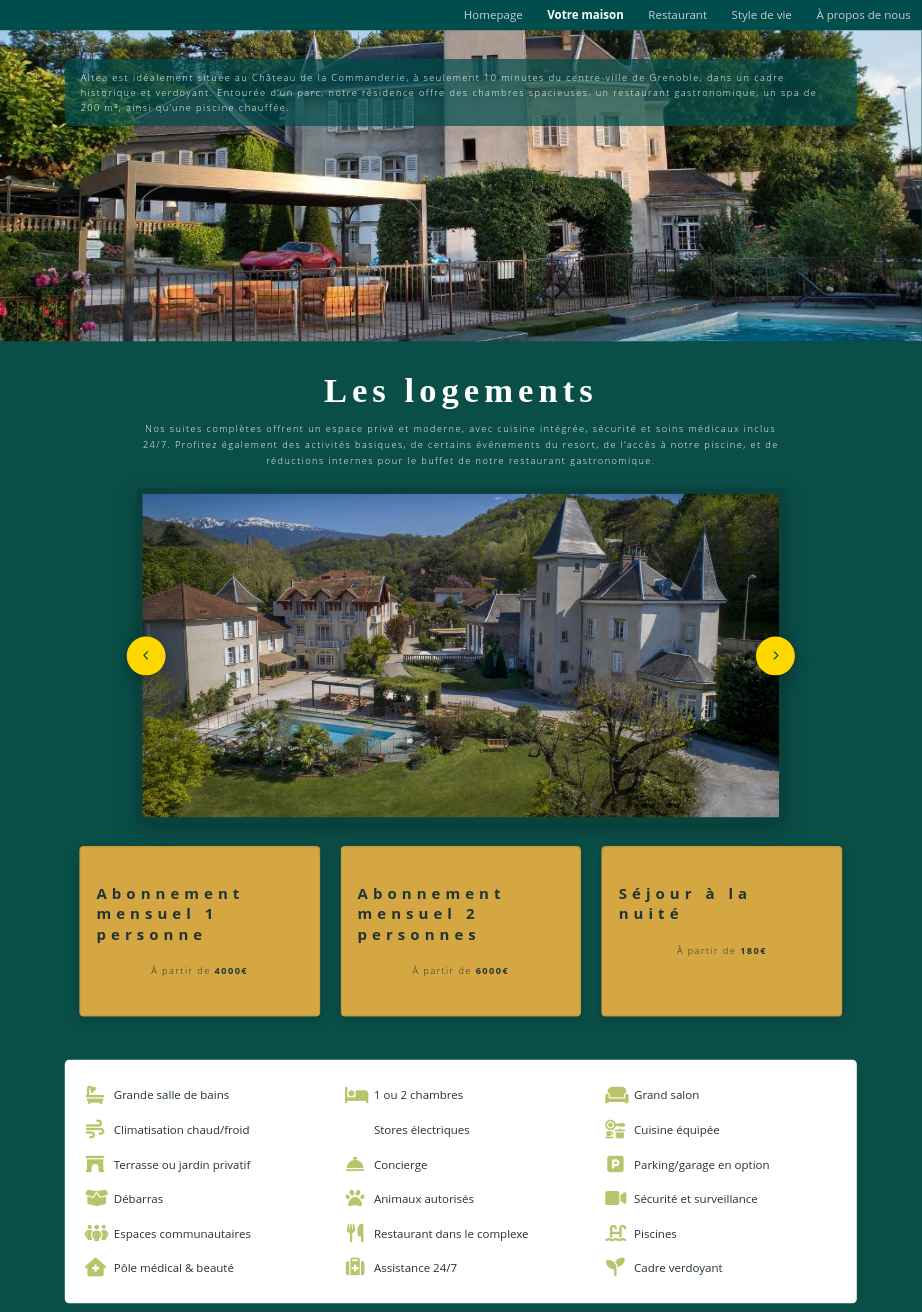
Repository: Rahimzeeeer/alteaaaa
Page: maison.html
An editor plug-in stored every save of this project. The page is shown before and after the next save, followed by the edit.
The browser window is 1280 px wide. The pictures show the part of the page from y = 0 to 1822 px (the page is 3131 px tall before and 3103 px after), at 72% of full size.
A picture or video elsewhere on the page could not be fetched, so the positions and the page height are approximate.

Above is the page before, as saved 2025-08-12 17:16:03.

After the next save:
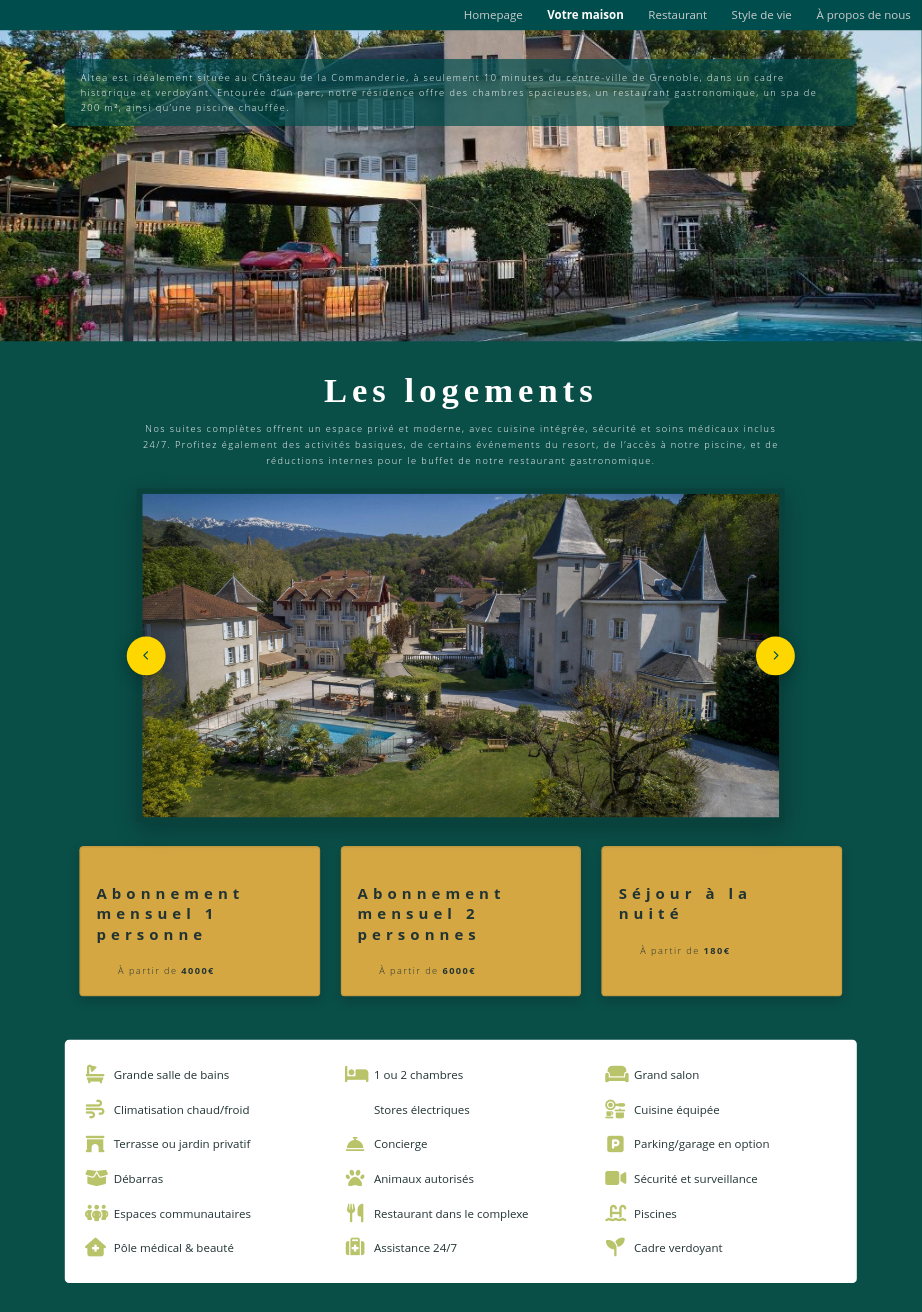
Saved 13 s later.
--- a/style.css
+++ b/style.css
@@ -432,7 +432,7 @@
   border: 2px solid rgba(0,0,0,.08);
 }
 
-.price-note p { margin: 0;  text-align: left;}
+.price-card p { margin: 0;  text-align: left;}
 
 /* Panneau des équipements (blanc) */
 .features-panel{

After the save that followed:
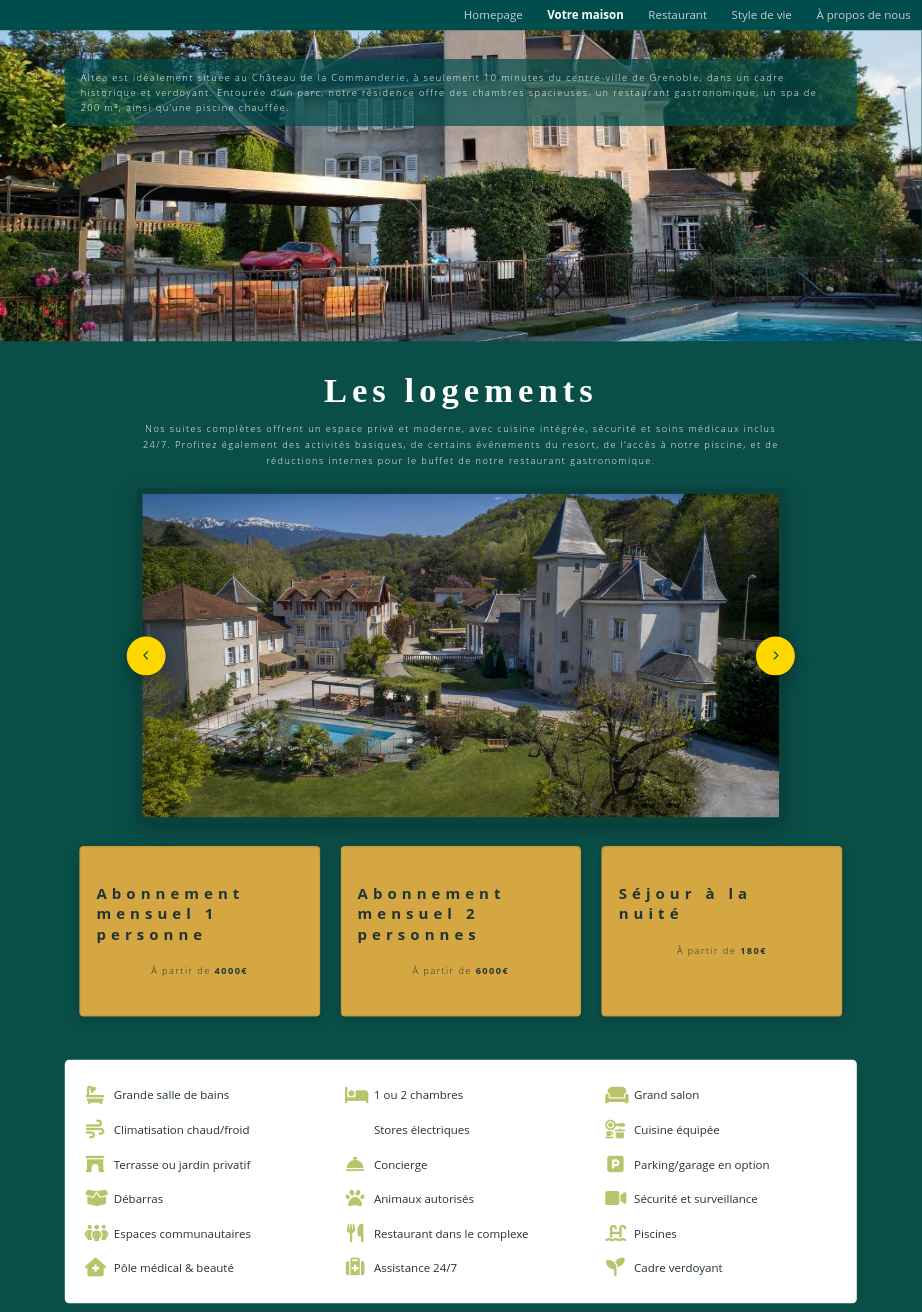
Saved 16 s later.
--- a/style.css
+++ b/style.css
@@ -432,7 +432,7 @@
   border: 2px solid rgba(0,0,0,.08);
 }
 
-.price-card p { margin: 0;  text-align: left;}
+.price-note {   text-align: left;}
 
 /* Panneau des équipements (blanc) */
 .features-panel{
